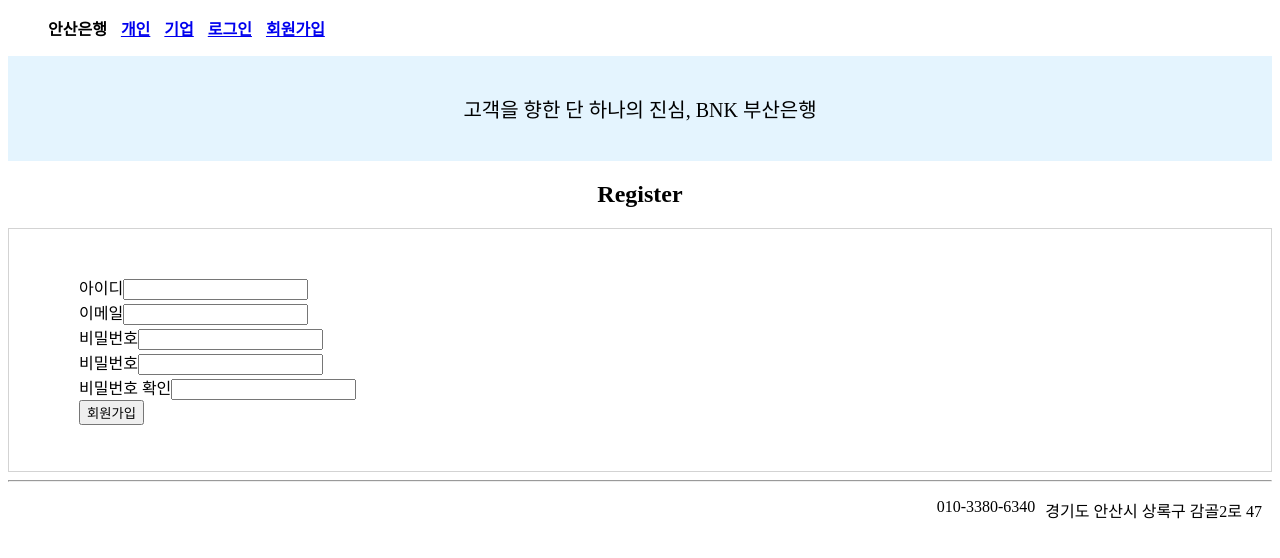
Repository: pvntlc/D-IT-Tech-Internship
Page: work_java/HTMLProject/src/main/webapp/register.html
The author's editor kept a copy of each file at every save. The page is drawn from the files as they stood at one save, then again after the next save.
The browser window is 1280 px wide. The pictures show the whole page.

Above is the page before, as saved 2023-09-07 07:46:56.

After the next save:
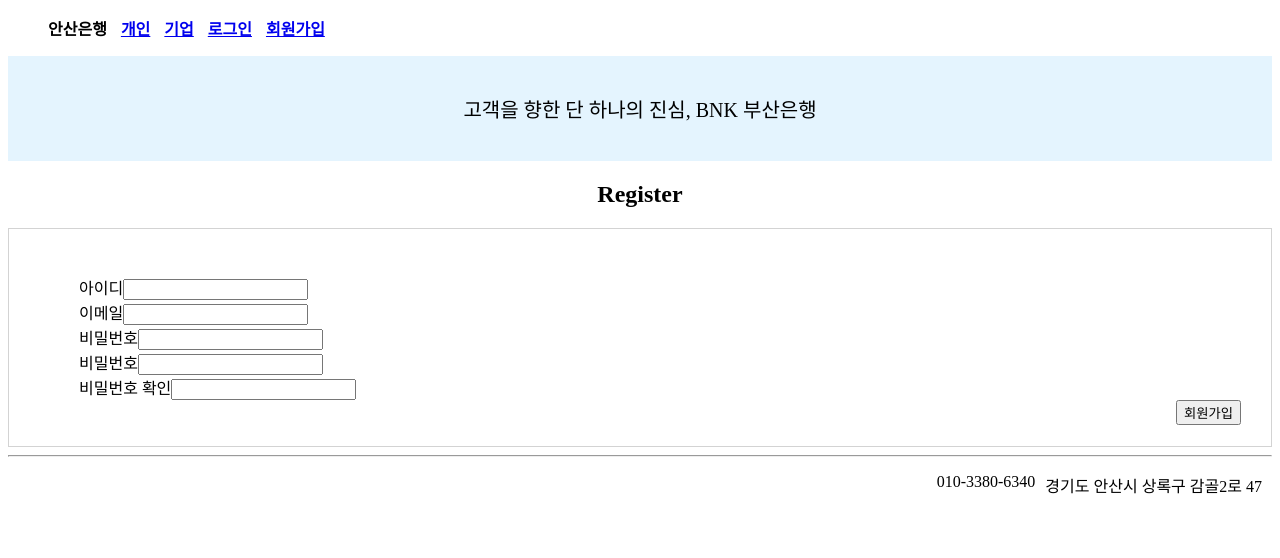
Saved 14 s later.
--- a/work_java/HTMLProject/src/main/webapp/register.html
+++ b/work_java/HTMLProject/src/main/webapp/register.html
@@ -22,7 +22,7 @@
 	</nav>
 	<div class="banner">고객을 향한 단 하나의 진심, BNK 부산은행</div>
 	<h2>Register</h2>
-	<div  class="loginform">
+	<div class="loginform">
 		<form method="get" action="login.jsp">
 			<ul type="none">
 				<li>
@@ -40,7 +40,7 @@
 				<li>
 					<label for="pass">비밀번호 확인<input type="password" id="pass" name="pass" /></label>
 				</li>
-				<li><input type="submit" value="회원가입" title="loginbutton" /></li>
+				<li><input type="submit" value="회원가입" class="loginbutton" /></li>
 			</ul>
 		</form>
 	</div>
